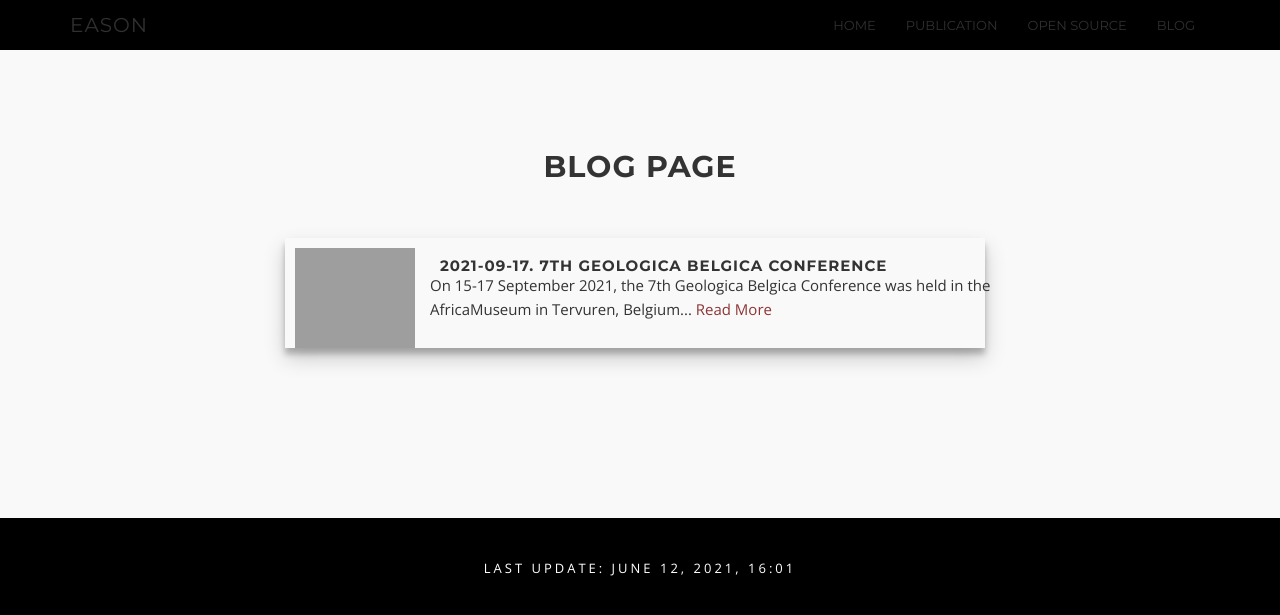
Repository: eazzzon/eazzzon.github.io
Page: blog.html
These files come from the project's save history. The page is drawn as it stood at one moment and after a run of saves; the edit follows.
The browser window is 1280 px wide. The pictures show the whole page.
Pictures or frames that could not be fetched are drawn as grey boxes.

Above is the page before, as saved 2021-09-18 13:30:35.

After the next 2 saves:
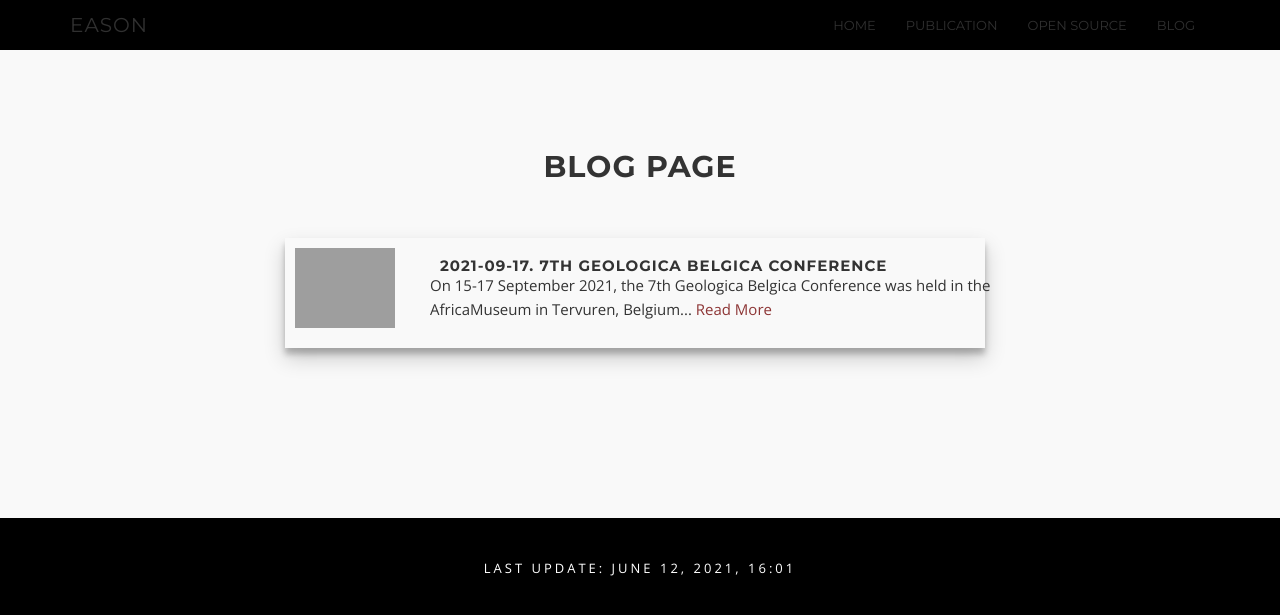
The 2 saves are shown as one change because they came seconds apart.
The last was saved 13 s later.
--- a/css/theme.css
+++ b/css/theme.css
@@ -428,8 +428,8 @@ section {
   }
 
   .box-img {
-	width: 120px;
-	height: 100px;
+	width: 100px;
+	height: 80px;
 	padding: 0px;
 	margin: 10px;
   }
